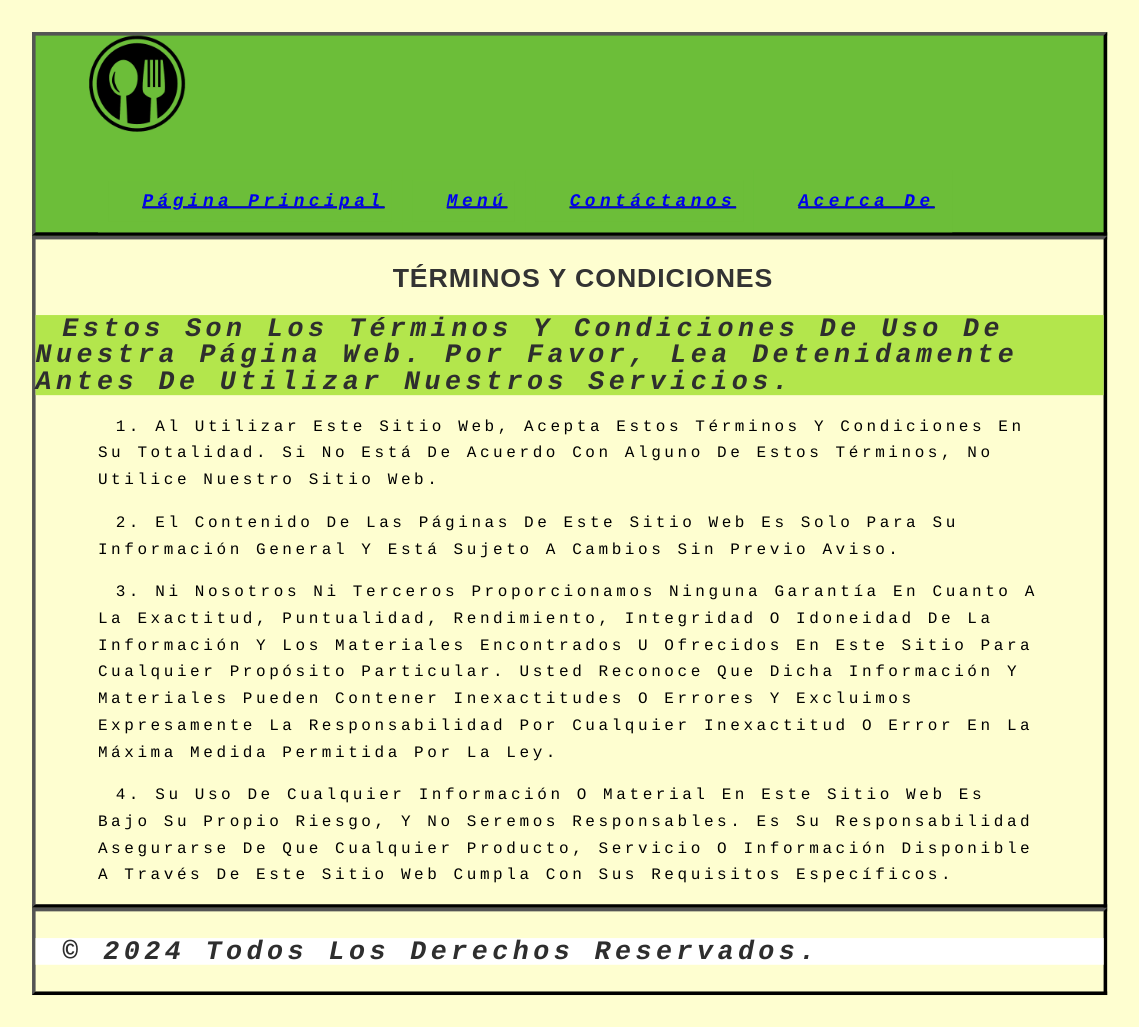
Repository: UVMCoyoacan/eq06_sitio1
Page: Carpeta docs/terminos.html
The author's editor kept a copy of each file at every save. The page is drawn from the files as they stood at one save, then again after the next save.
The browser window is 1280 px wide. The pictures show the whole page, at 89% of full size.

Above is the page before, as saved 2024-04-13 23:13:24.

After the next save:
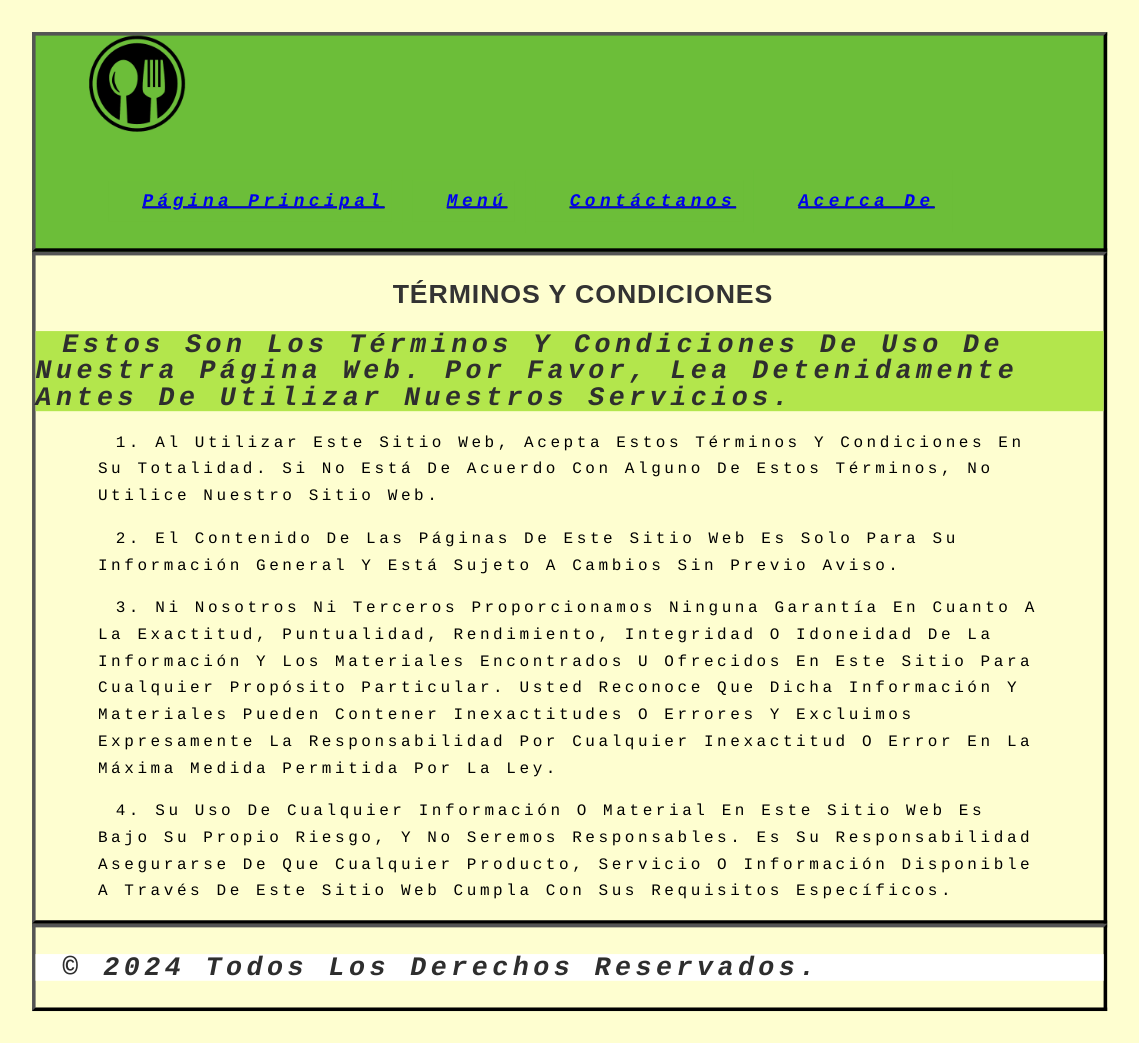
Saved 75 s later.
--- a/Carpeta docs/terminos.html
+++ b/Carpeta docs/terminos.html
@@ -11,12 +11,12 @@
             <div style="flex-wrap:wrap; text-align: center; white-space: nowrap;">
                 <img width="108" height="108" src="../Carpeta ims/tres.png" onclick="redirigirIndex()" style="text-align: left; cursor:pointer; text-align: center;">
             </div>
-            <div>
-                <ul>
-                    <li><a href="#">Página principal</a></li>
-                    <li><a href="./Carpeta docs/menu.html">Menú</a></li>
-                    <li><a href="./Carpeta docs/contactos.html">Contáctanos</a></li>
-                    <li><a class="active" href="./Carpeta docs/acercade.html">Acerca de</a></li>
+            <div style="display: flex;   flex-wrap: wrap;">
+                <ul >
+                    <li><a href="../index.html">Página principal</a></li>
+                    <li><a href="menu.html">Menú</a></li>
+                    <li><a href="contactos.html">Contáctanos</a></li>
+                    <li style="float:right"><a class="active" href="#">Acerca de</a></li>
                 </ul>
             </div>
         </div>
